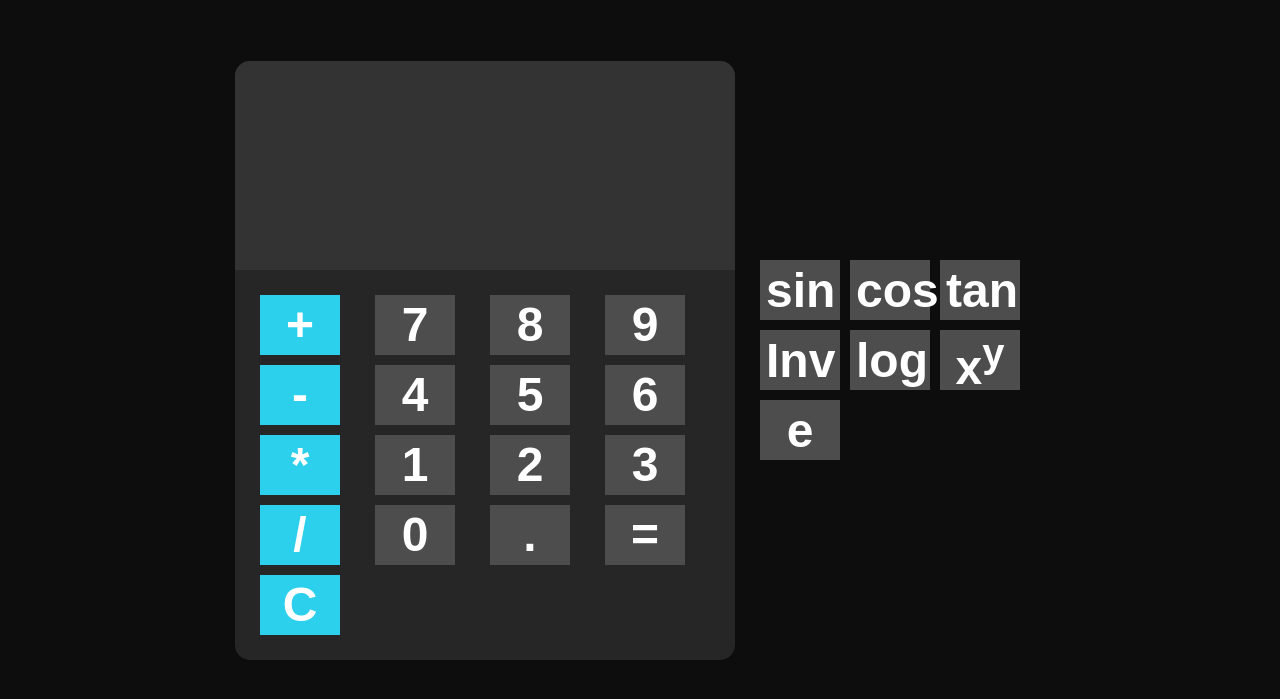
Repository: Haakim19/JavaScript
Page: Calculater/Main.html
The author's editor kept a copy of each file at every save. The page is drawn from the files as they stood at one save, then again after the next save.
The browser window is 1280 px wide. The pictures show the whole page.

Above is the page before, as saved 2024-10-23 09:49:13.

After the next save:
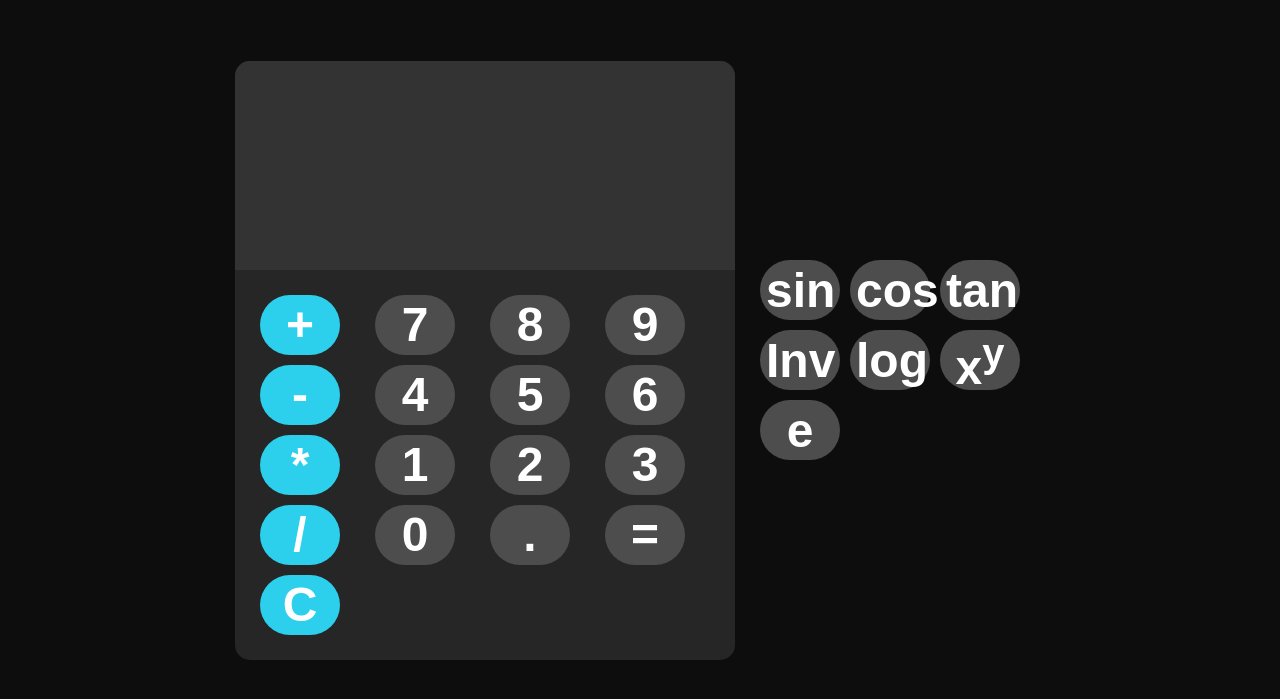
Saved 3 min 30 s later.
--- a/Calculater/Main.css
+++ b/Calculater/Main.css
@@ -53,7 +53,7 @@ button{
     width: 80px;
     height: 60px;
     color: white;
-    /* border-radius: 50px; */
+    border-radius: 50px;
     border: none;
     font-size: 3rem;
     background-color: hsl(0, 0%, 30%);
